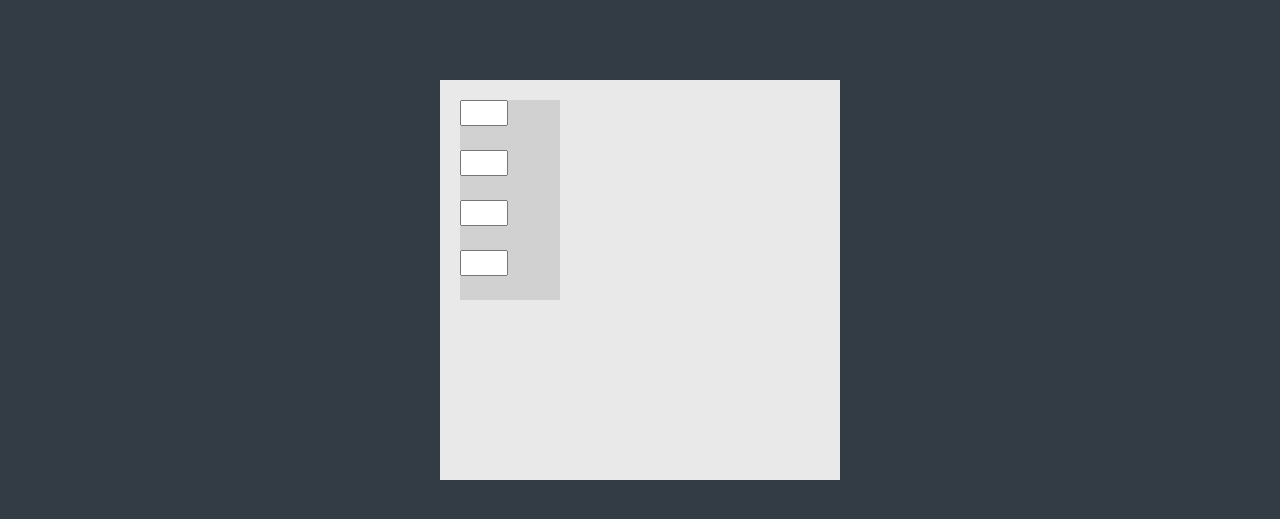
Repository: piookr-wsei/8086
Page: /
An editor plug-in stored every save of this project. The page is shown before and after the next save, followed by the edit.
The browser window is 1280 px wide. The pictures show the whole page.
The project was rebuilt for these pictures with package versions that can differ from the ones it lists, and the page was loaded fresh each time.

Above is the page before, as saved 2022-06-17 00:02:26.

After the next save:
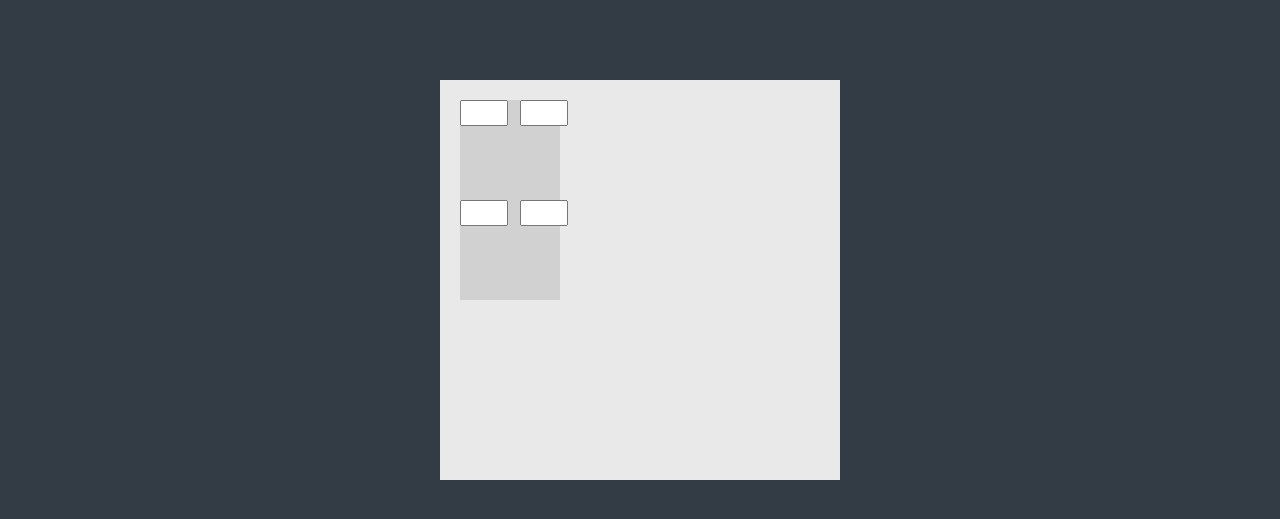
Saved 2 min 34 s later.
--- a/src/Components/Components.elements.js
+++ b/src/Components/Components.elements.js
@@ -21,7 +21,7 @@ background: rgba(0,0,0,0.1);
 position: relative;
 left: 0;
 display: grid;
-grid-template-columns: 2;
+grid-template-columns: 60px 60px;
 `
 
 export const RegInput = styled.input`
